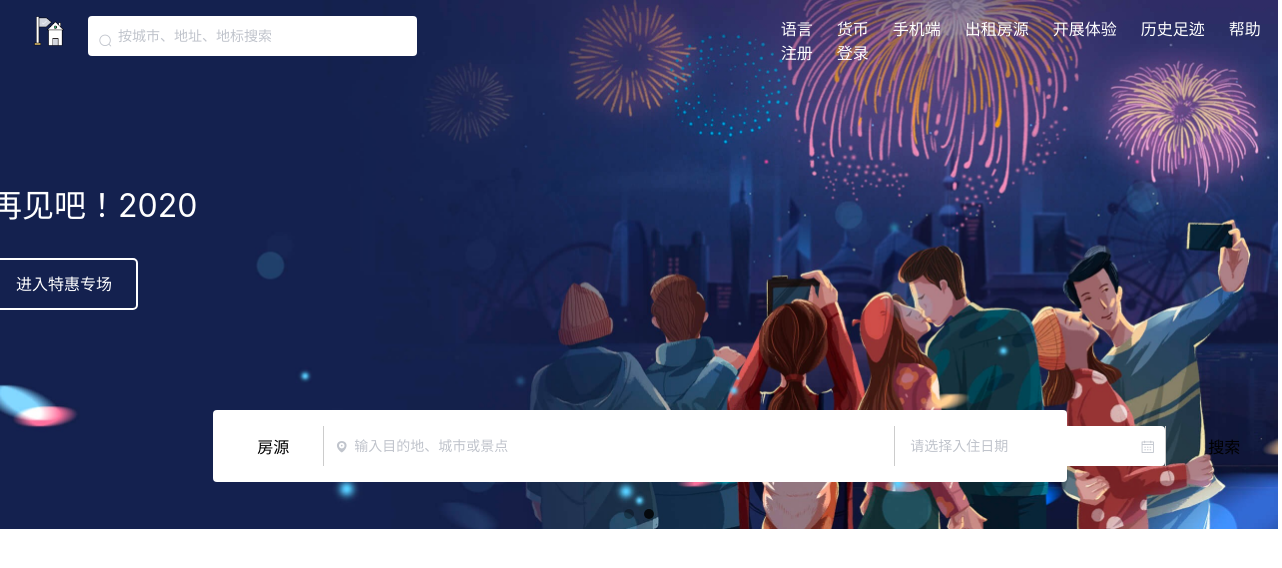
Repository: yz1181214391/my-airbnb
Page: /
These files come from the project's save history. The page is drawn as it stood at one moment and after the next save; the edit follows.
The browser window is 1280 px wide. The page is 1282 px wide, so the pictures cover 1282 px, including what lies to the right of the window. The pictures show the whole page.
The project was rebuilt for these pictures with package versions that can differ from the ones it lists, and the page was loaded fresh each time. Also part of the build but not shown: src/views/Language.vue, src/views/Currency.vue, src/views/Enter.vue, src/views/Experience.vue, src/views/Help.vue, src/views/History.vue, src/views/Mobile.vue, src/views/Register.vue and 1 more.

Above is the page before, as saved 2020-12-14 16:20:10.

### src/App.vue
<template>
  <div id="app">
    <div class="app-header">
      <Header/>
      <Banner class="banner"/>
    </div>

  </div>

</template>

<script>
import Banner from './components/Banner'
import Header from './components/Header'

export default {
   name: 'app',
  components:{
    Banner,
    Header
  }
}
</script>


<style lang="less">
// #app {
//   font-family: Avenir, Helvetica, Arial, sans-serif;
//   -webkit-font-smoothing: antialiased;
//   -moz-osx-font-smoothing: grayscale;
//   text-align: center;
//   color: #2c3e50;
// }

  html,body {margin: 0;padding: 0;height: 100%;width: 100%;}
  a {text-decoration: none;}
  body,div,dl,dt,dd,ul,ol,li,h1,h2,h3,h4,h5,h6,pre,form,fieldset,input,textarea,p,blockquote,th,td {margin: 0;padding: 0;}
  table {border-collapse: collapse;border-spacing: 0;}
  fieldset,img {border: 0;}
  address,caption,cite,code,dfn,em,strong,th,var {font-style: normal;font-weight: normal;}
  ol,ul {list-style: none;}
  caption,th {text-align: left;}
  h1,h2,h3,h4,h5,h6 {font-size: 100%;font-weight: normal;}
  q:before,q:after {content: '';}
  abbr,acronym {border: 0;}
  body{
      font-family: "Chinese Quote", -apple-system, BlinkMacSystemFont, "Segoe UI", "PingFang SC", "Hiragino Sans GB", "Microsoft YaHei", "Helvetica Neue", Helvetica, Arial, sans-serif, "Apple Color Emoji", "Segoe UI Emoji", "Segoe UI Symbol";
  }

  .banner{
    position: absolute;
    left: 0;
    top: 0;
    z-index: -1;
  }
</style>

### src/router/index.js
import Vue from 'vue'
import VueRouter from 'vue-router'

import Language from '../views/Language.vue'
import Currency from '../views/Currency.vue'
import Enter from '../views/Enter.vue'
import Experience from '../views/Experience.vue'
import Help from '../views/Help.vue'
import History from '../views/History.vue'
import Mobile from '../views/Mobile.vue'
import Register from '../views/Register.vue'
import Room from '../views/Room.vue'



Vue.use(VueRouter)

const routes = [
  // {
  //   path: '/',
  //   name: 'Language',
  //   component: Language
  // },
  // {
  //   path: '/Currency',
  //   name: 'Currency',
  //   // route level code-splitting
  //   // this generates a separate chunk (about.[hash].js) for this route
  //   // which is lazy-loaded when the route is visited.
  //   component: () => import(/* webpackChunkName: "about" */ '../views/Currency.vue')
  // }
  { path : '/Language', component : Language},
  { path : '/Currency', component : Currency},
  { path : '/Enter', component : Enter},
  { path : '/Experience', component : Experience},
  { path : '/Help', component : Help},
  { path : '/History', component : History},
  { path : '/Mobile', component : Mobile},
  { path : '/Register', component : Register},
  { path : '/Room', component : Room},
]

const router = new VueRouter({
  mode: 'history',
  base: process.env.BASE_URL,
  routes
})

export default router

### src/components/Banner.vue
<template>
  <div class="banner-box">
      <div class="banner">
          <img v-for="(v,i) in img " :key="i" :src="v" v-show="i==n" alt="">
          <div class="banner-circle">
              <ul>
                 <li v-for="(v,i) in img" :key="i" :class="i==n ? 'selected' : ''"></li>
              </ul>
          </div>
      </div>
  </div>
</template>

<script>
export default {
  data (){
      return{
          n:0,
          img:[
              require("../assets/img/banner1.jpg"),
              require("../assets/img/banner2.jpeg")
          ]
      }
  },
  methods : {
      fun:function(){
          setInterval(this.play,5000)
      },
      play:function(){
          this.n++;
          if(this.n == this.img.length){
              this.n = 0
          }
      }
  },
  mounted:function(){
          this.fun()
      }
}
</script>
<style>
    .banner-box{
      width: 100%;
      height: 529px;
    }
    ul{
        list-style-type: none;
    }
    .banner{
        position: relative;
    }
    .banner .banner-circle{
        position: absolute;
        bottom: 5px;
        left: 0;
        right: 0;
        color: #ffffff;
    }
    .banner .banner-circle li{
        display: inline-block;
        background: rgba(0,0,0,0.3);
        border-radius: 50%;
        padding: 5px;
        margin: 5px;
    }
    .banner .banner-circle ul{
        text-align: center;
    }
    .banner .banner-circle .selected{
        background: rgba(0,0,0,0.8);
    }
    .banner img{
        width: 100%;
        height: 529px;
        margin: 0;
        padding: 0;
    }
</style>

### src/components/Header.vue
<template>
    <div class="airbnb-box">
      <el-row :gutter="20">
        <el-col :span="8">
          <div class="grid-content bg-purple" style="display:flex">
            <a href="###"><img class="logo" src="../assets/img/012-zhandian.png" alt=""></a>
            <el-input v-model="input" style="width: 460px;height: 48px;" prefix-icon='el-icon-search' placeholder="按城市、地址、地标搜索"></el-input>
          </div>
        </el-col>
        <el-col :span="10" :offset="6">
          <div class="grid-content bg-purple nav-box">
            <router-link to="/Language">语言</router-link>
            <router-link to="/Currency">货币</router-link>
            <router-link to="/Mobile">手机端</router-link>
            <router-link to="/Room">出租房源</router-link>
            <router-link to="/Experience">开展体验</router-link>
            <router-link to="/History">历史足迹</router-link>
            <router-link to="/Help">帮助</router-link>
            <router-link to="/Register">注册</router-link>
            <router-link to="/Enter">登录</router-link>
          </div>
        </el-col>
      </el-row>
      <el-row :gutter="20">
        <el-col :span="6" :offset="6">
          <div class="grid-content bg-purple" style="margin:80px 0; margin-left:-340px">
            <h1 style="font-size:32px;color:#fff">再见吧！2020</h1>
            <div class="preferential-btn">进入特惠专场</div>
          </div>
        </el-col>
        <el-col :span="6" :offset="6"><div class="grid-content bg-purple"></div></el-col>
      </el-row>
      <el-row :gutter="20">
        <el-col :span="16" :offset="4" class="input-box">
          <!-- <div class="grid-content bg-purple1"> -->
            <div class="demo-input-suffix" style="display:flex;align-items: center;">
              <div style="width:100px;height:100%; text-align: center;">房源</div>
              <div style="width:570px;height:100%;border-right: 1px solid #cccccc;border-left: 1px solid #cccccc;">
                <el-input
                  placeholder="输入目的地、城市或景点"
                  prefix-icon="el-icon-location"
                  v-model="input21">
                </el-input>
              </div>
              <div style="width:270px;height:100%;border-right: 1px solid #cccccc;">
                <el-input
                  placeholder="请选择入住日期"
                  suffix-icon="el-icon-date"
                  v-model="input2">
                </el-input>
              </div>
              <div style="width:116px;height:100%;text-align: center;">
                <div class="search-btn">搜索</div>
              </div>
            </div>
          <!-- </div> -->
        </el-col>
      </el-row>
    </div>
</template>

<script>
// import Banner from './components/Banner'
export default {
    data(){
      return {
        input:'',
        input2:'',
        input21:'',
      }
    }
  // components:{
  //   Banner
  // }
}
</script>


<style lang="less">
  html,body {margin: 0;padding: 0;height: 100%;width: 100%;}
  a {text-decoration: none;}
  body,div,dl,dt,dd,ul,ol,li,h1,h2,h3,h4,h5,h6,pre,form,fieldset,input,textarea,p,blockquote,th,td {margin: 0;padding: 0;}
  table {border-collapse: collapse;border-spacing: 0;}
  fieldset,img {border: 0;}
  address,caption,cite,code,dfn,em,strong,th,var {font-style: normal;font-weight: normal;}
  ol,ul {list-style: none;}
  caption,th {text-align: left;}
  h1,h2,h3,h4,h5,h6 {font-size: 100%;font-weight: normal;}
  q:before,q:after {content: '';}
  abbr,acronym {border: 0;}
  body{
      font-family: "Chinese Quote", -apple-system, BlinkMacSystemFont, "Segoe UI", "PingFang SC", "Hiragino Sans GB", "Microsoft YaHei", "Helvetica Neue", Helvetica, Arial, sans-serif, "Apple Color Emoji", "Segoe UI Emoji", "Segoe UI Symbol";
  }
input{
  border:none !important;

}

.airbnb-box{
    width: 100%;
    height: 529px;

    // background-color: #cccccc;
  }

.el-row {
    margin-bottom: 20px;
    margin-left: 0 !important;
    margin-right: 0 !important;
    display: flex;
    &:first-child{

      align-items: center;
      width: 100%;
      height: 80px;

      // background-color: #99a9bf;
    }
    &:last-child {
      margin-bottom: 0;
    }
  }
  .el-col {
    border-radius: 4px;
  }
  .bg-purple-dark {
    background: #99a9bf;
  }
  .bg-purple1 {
    // height: 40px;
    // background: #d3dce6;
  }
  .bg-purple-light {
    background: #e5e9f2;
  }
  .grid-content {
    border-radius: 4px;
    min-height: 36px;
  }
  .row-bg {
    padding: 10px 0;
    background-color: #f9fafc;
  }


.logo{
  width: 30px;
  height: 30px;
  margin: 0 24px;
}
.preferential-btn{
  width:144px;
  height:48px;
  border:2px solid #ffff;
  border-radius:5px;
  text-align: center;
  line-height: 48px;
  color:#fff;
  margin: 32px 0;
}
.nav-box > a{
  margin-left: 24px;
  color: #fff;
}
.input-box{
  width: 100%;
  height: 72px;
  background-color: #fff;
  display: flex;
  align-items: center;
}
</style>

Loaded but not shown: public/index.html (common file); src/main.js (common file); src/store/index.js (common file)

After the next save:
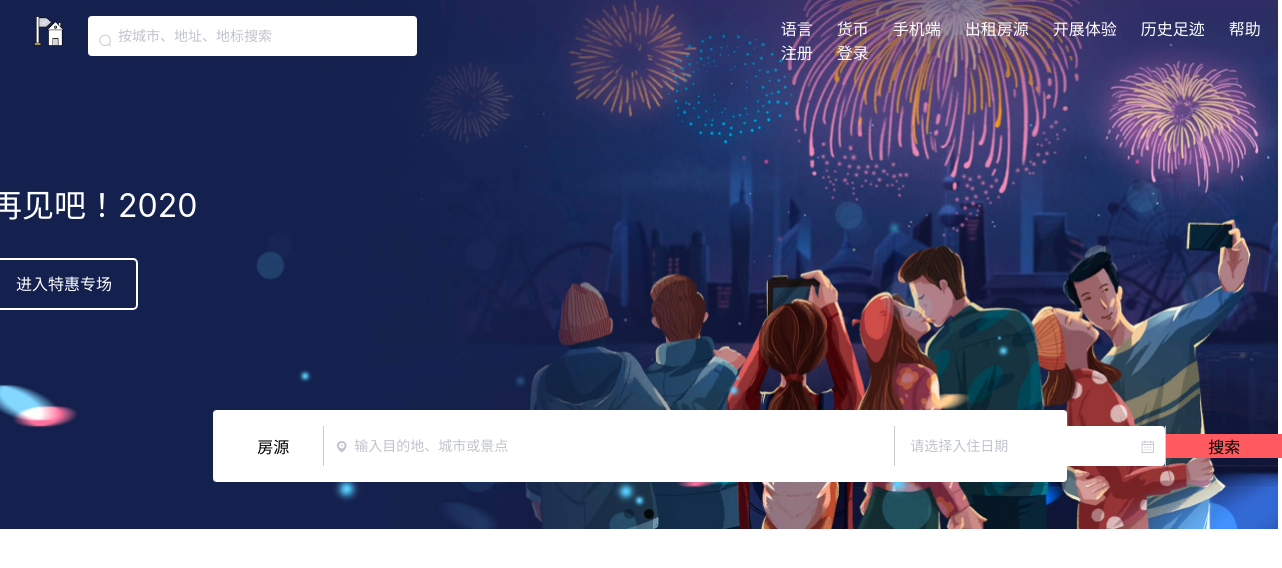
Saved 112 s later.
--- a/src/components/Header.vue
+++ b/src/components/Header.vue
@@ -169,4 +169,7 @@ input{
   display: flex;
   align-items: center;
 }
+.search-btn{
+  background-color: #FF5A5F;
+}
 </style>
